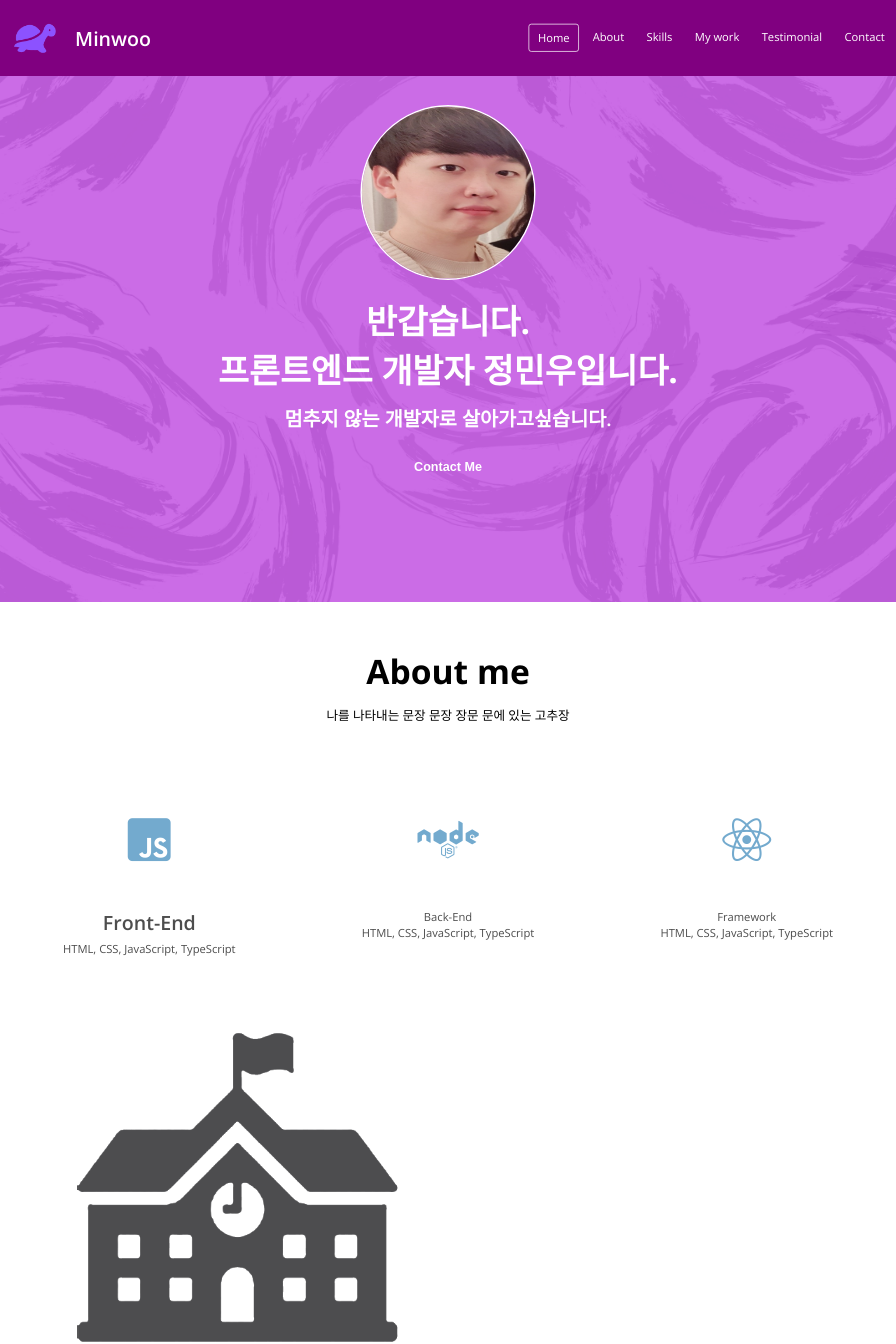
Repository: DevMinwoo-Jung/MinwooPortfolio
Page: index.html
These files come from the project's save history. The page is drawn as it stood at one moment and after the next save; the edit follows.
The browser window is 1280 px wide. The pictures show the part of the page from y = 0 to 1920 px (the page is 5419 px tall), at 70% of full size.

Above is the page before, as saved 2021-06-03 12:08:10.

After the next save:
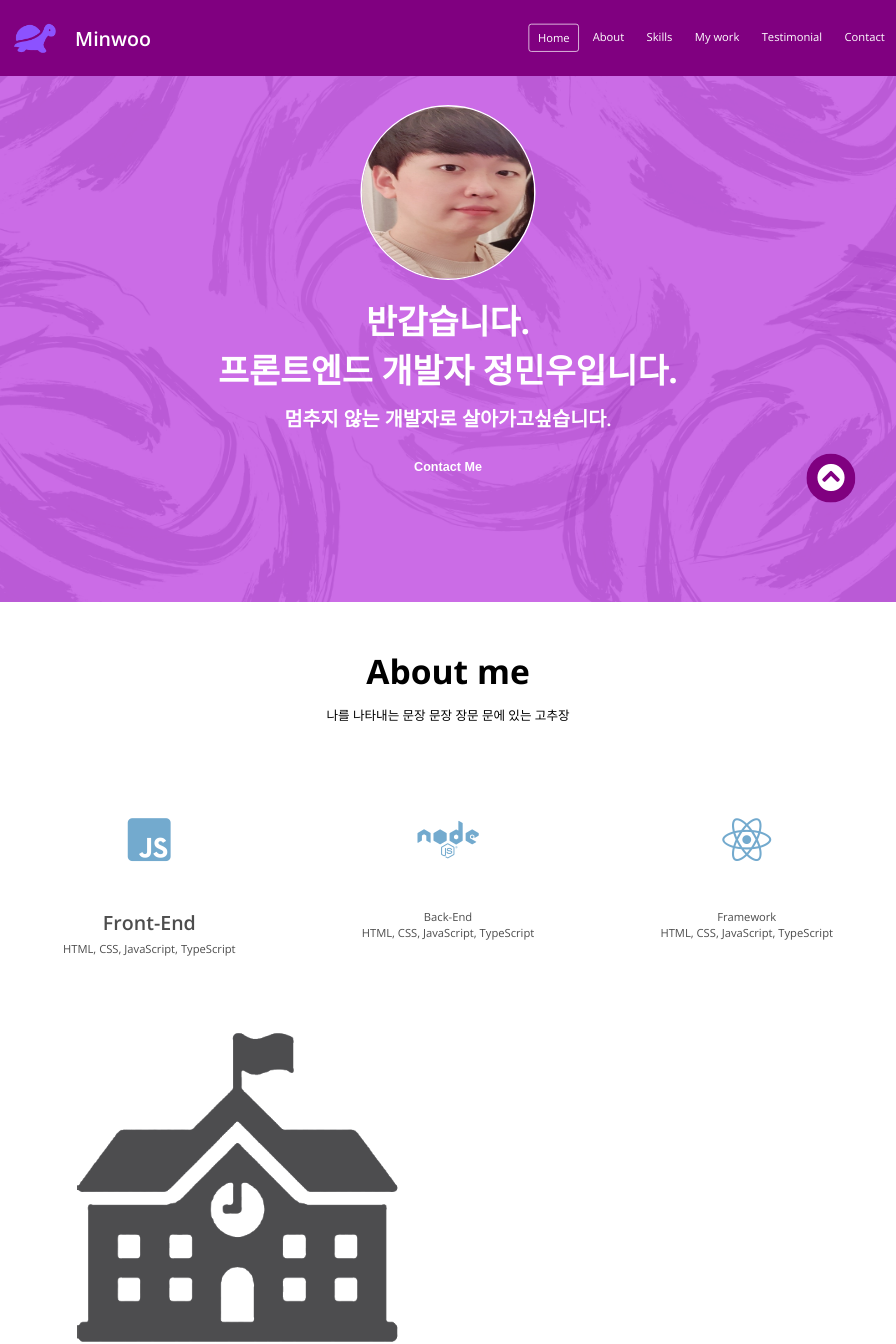
Saved 4 min 0 s later.
--- a/main.js
+++ b/main.js
@@ -50,9 +50,9 @@ document.addEventListener('scroll', () => {
 const arrowBtn = document.querySelector('.home__btn');
 document.addEventListener('scroll', () => {
   if(window.scrollY > homeHeight){
-    arrowBtn.classList.remove('home__arrowBtn--hide');
+    arrowBtn.classList.add('home__arrowBtn--visible');
   } else {
-    arrowBtn.classList.add('home__arrowBtn--hide');
+    arrowBtn.classList.add('home__arrowBtn--visible');
   }
 });
 

After the 2 saves that followed:
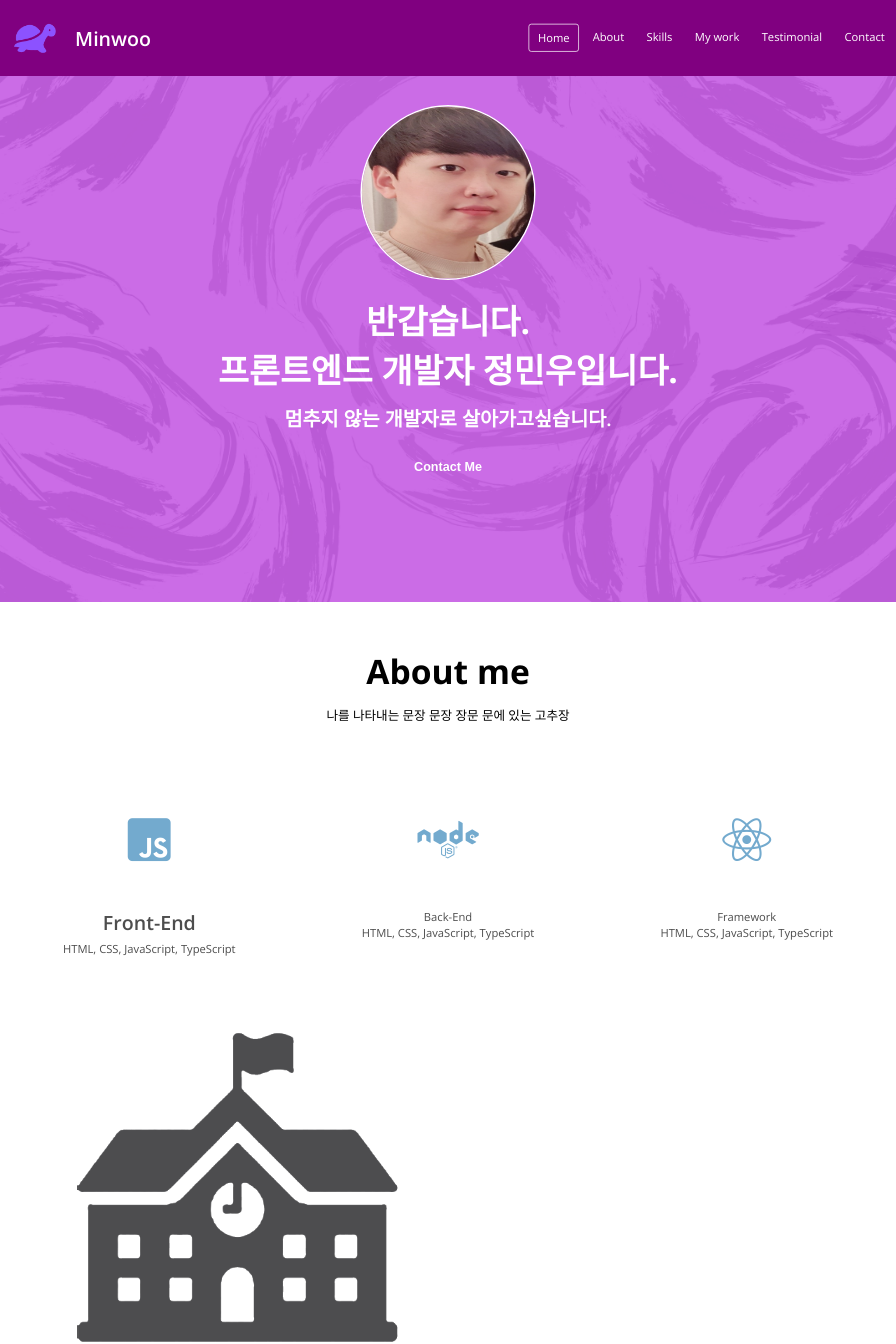
The 2 saves are shown as one change because 1 left the picture as it was.
The last was saved 2 min 11 s later.
--- a/style.css
+++ b/style.css
@@ -504,10 +504,13 @@ button {
   border-radius: 50%;
   width: 70px;
   height: 70px;
-}
-
-.home__arrowBtn--hide {
-  display: none;
+  pointer-events: none;
+  opacity: 0;
+  transition: opacity var(--animation-duration) ease-in;
+}
+
+.home__btn--visible {
+  opacity: 1;
 }
 
 @media screen and (max-width: 768px) {
